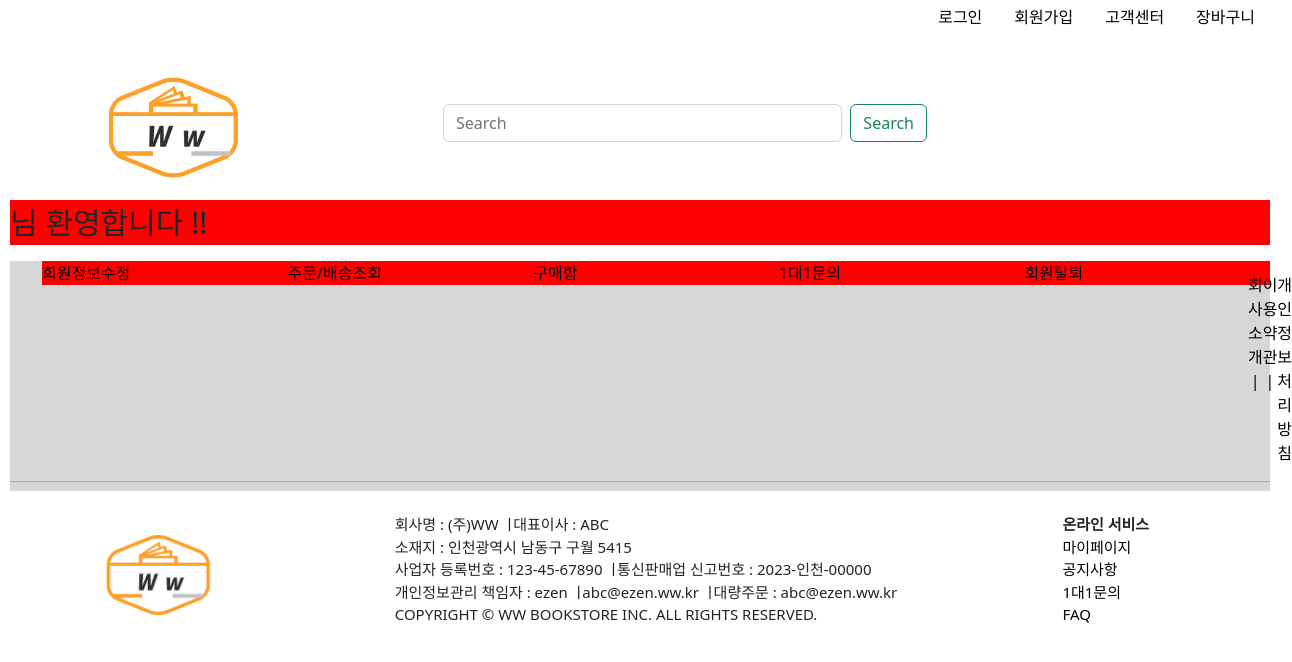
Repository: leehyeonung/project6
Page: http://localhost/book/WEB-INF/views/member/mypage.jsp
These files come from the project's save history. The page is drawn as it stood at one moment and after a run of saves; the edit follows.
The browser window is 1280 px wide. The page is 1292 px wide, then 1280 px, then 1292 px, so the pictures cover 1292 px, including what lies to the right of the window. The pictures show the whole page.
The page is served by Tomcat 9. Nobody is signed in. Other server files are loaded and not shown. The template is opened directly, without the code that normally fills it, so the values that code supplies are empty.

Above is the page before, as saved 2023-01-06 02:45:06.

### book/src/main/webapp/WEB-INF/views/member/mypage.jsp
<%@ page language="java" contentType="text/html; charset=UTF-8"
    pageEncoding="UTF-8"%>
<!DOCTYPE html>
<html>
<head>
<meta charset="UTF-8">
<title>Insert title here</title>
<link rel="stylesheet" type="text/css" href="/resources/css/mypage.css">
</head>
<body>
<jsp:include page="../layout/header.jsp"></jsp:include>
<div class="main">

<div class="information">

<div class="id">
${ses.mem_id}님 환영합니다 !!
</div>

<div class="cell">
${ses.mem_cell_num}
</div>

</div>

<div class="select">
<ul>
	<li><a href="/mem/modify" class="category">회원정보수정</a></li>
	<li><a href="/mem/orderCheck?mem_num=${ses.mem_num}" class="category">주문/배송조회</a></li>
	<li><a href="/mem/buyCheck?mem_num=${ses.mem_num}" class="category">구매함</a></li>
	<li><a href="/board/list" class="category">1대1문의</a></li>
	<li><a href="/mem/delete" class="category">회원탈퇴</a></li>
</ul>
</div>

</div>

<jsp:include page="../layout/footer.jsp"></jsp:include>
</body>
</html>

### book/src/main/webapp/WEB-INF/views/layout/header.jsp
<%@ page language="java" contentType="text/html; charset=UTF-8"
    pageEncoding="UTF-8"%>
<%@ taglib uri="http://java.sun.com/jsp/jstl/core" prefix="c"%>
<!DOCTYPE html>
<html>
<head>
<meta charset="UTF-8">
<title>Insert title here</title>
<!-- CSS only -->
<link href="https://cdn.jsdelivr.net/npm/bootstrap@5.2.2/dist/css/bootstrap.min.css"
rel="stylesheet" integrity="sha384-Zenh87qX5JnK2Jl0vWa8Ck2rdkQ2Bzep5IDxbcnCeuOxjzrPF/et3URy9Bv1WTRi"
crossorigin="anonymous">
<link rel="stylesheet" type="text/css" href="/resources/css/header.css">
</head>
<body>

<div class="header">
    <div class="menu">
        <c:if test="${ses.mem_id ==null}">
        <ul><a href="/mem/loginPage">로그인</a></ul>
        <ul><a href="/mem/joinPage">회원가입</a></ul>
        </c:if>
        <c:if test="${ses.mem_id == 'admin' }">
        <ul><a href="/mem/logOut">로그아웃</a></ul>
        <ul><a href="/mem/adminpage">관리인페이지</a></ul>
        </c:if>
        <c:if test="${ses.mem_id !=null && ses.mem_id !='admin' }">
        <ul><a href="/mem/logOut">로그아웃</a></ul>
        <ul><a href="/mem/mypage">마이페이지</a></ul>
        </c:if>
        <ul><a href="#">고객센터</a></ul>
        <ul><a href="#">장바구니</a></ul>
    </div>
    <div class="bar">
       <div class="logo">
         <a href="/"><img src="/resources/image/logo.jpg" alt="로고"></a>
       </div>
         <div class="searchBar">
            <form class="d-flex" role="search">
                 <input class="form-control me-2" type="search" placeholder="Search" aria-label="Search">
                 <button class="btn btn-outline-success" type="submit">Search</button>
              </form>
         </div>
       <div class="icons">
         <a href=""><i class="fa-solid fa-cart-shopping"></i></a>
            <a href=""><i class="fa-solid fa-user"></i></a>
       </div>
    </div>
</div>
</body>
</html>

### book/src/main/webapp/WEB-INF/views/layout/footer.jsp
<%@ page language="java" contentType="text/html; charset=UTF-8"
   pageEncoding="UTF-8"%>
<!DOCTYPE html>
<html>
<head>
<meta charset="UTF-8">
<title>Insert title here</title>
<link rel="stylesheet" type="text/css" href="/resources/css/footer.css">

</head>

<body>
   <div class="footer">
      <div class="footer-top">
         <ul>
            <li><a href="">회사소개 | </a></li>
            <li><a href="">이용약관 | </a></li>
            <li><a href="">개인정보처리방침</a></li>
         </ul>
      </div>
      <hr>
      <div class="address">
         <div class="footer-logo">
            <img src="/resources/image/logo.jpg" alt="로고">
         </div>
         <div class="address-box">
            <ul>
               <li>회사명 : (주)WW <span style="margin-right: -7px;">ㅣ</span>
                  대표이사 : ABC
               </li>

               <li>소재지 : 인천광역시 남동구 구월 5415</li>
               <li>사업자 등록번호 : 123-45-67890 <span style="margin-right: -7px;">ㅣ</span>
                  통신판매업 신고번호 : 2023-인천-00000
               </li>

               <li>개인정보관리 책임자 : ezen <span style="margin-right: -7px;">ㅣ</span>
                  abc@ezen.ww.kr <span style="margin-right: -7px;">ㅣ</span> 대량주문 :
                  abc@ezen.ww.kr
               </li>

               <li>COPYRIGHT © WW BOOKSTORE INC. ALL RIGHTS RESERVED.</li>

            </ul>

         </div>
         <div class="online-serviceBar">
            <strong>온라인 서비스</strong>
            <ul>
               <li><a href="">마이페이지</a></li>
               <li><a href="">공지사항</a></li>
               <li><a href="">1대1문의</a></li>
               <li><a href="">FAQ</a></li>
            </ul>
         </div>
      </div>
   </div>

</body>
</html>

### book/src/main/webapp/resources/css/mypage.css
@charset "UTF-8";
*{
	margin: 0 auto;
	padding: 0px;

}
.main{
    margin: auto;
    width: 1260px;
    background-color: gray;


}
.id{
    font-size: 30px;
}
.information{
	background-color : red;
}
.select>ul>li>.category{
    display: inline-block;
	float : left;
	width : 20%;
    background-color: red;
}

### book/src/main/webapp/resources/css/header.css
@charset "UTF-8";
*{
	margin: 0px;
	padding: 0px;
}
.header{
    width: 1260px;
    height: 200px;
   /*  background-color: pink; */
}
.menu{
   display: flex;
   justify-content: flex-end;
   padding:5px;

}
.logo{
    width: 150px;
    height: 150px;
    background-color: blue;
}
.logo>a>img{
    width: 150px;
    height: 150px;
}
.searchBar{
   /* position:absolute; */
    width: 484px;
    height: 42px;
    /* background-color: gold; */
    margin-top:54px;
    border-radius: 30px;

}
.bar{

   height: 150px;
   display: flex;
   flex-direction: row;
   flex-wrap:nowrap;
   justify-content:space-around;
/*    align-items: baseline; */


}
i{
    font-size: 42px;
    color: black;
    margin-top:54px;
    margin-right: 20px;
}

### book/src/main/webapp/resources/css/footer.css
@charset "UTF-8";
.footer {
   width: 1260px;
   height: 230px;
   background-color: rgba(175, 175, 175, 0.5);
   margin: 0 auto;
}

.footer-logo {

   width: 120px;
   height: 120px;
   background-color: beige;
}
.footer-logo>img{
   width: 120px;
   height: 120px;
}

.address-box {
   text-align: left;
   padding: 0;
   margin: 0;
}

.address {
   padding: 15px;
   height: 150px;
   display: flex;
   font-size: 15px;
   /* align-items: baseline; */
   flex-direction: row;
   flex-wrap: nowrap;
   justify-content: space-around;
}

ul {
   list-style: none;
}

.footer, .address li {

}

.footer-top {
   text-align: center;
   padding-top: 12px;
}

.footer-top>ul {
   margin: 0;
   padding: 0;
   display: flex;
   justify-content: center;
}

.footer-top>li {
   margin: 0;
   padding: 0;
}

a {
   text-decoration-line: none;
   color: black;
}

a:visited {
   text-decoration: none;
}

a:hover {
   text-decoration: none;
}

a:focus {
   text-decoration: none;
}

a:hover, a:active {
   text-decoration: none;
}

.online-serviceBar {
   padding: 0px;
   margin-left: 20px;
   width: 120px;
   height: 120px;
}

.online-serviceBar>ul {
   margin: 0px;
   padding: 0px;
}

After the next 2 saves:
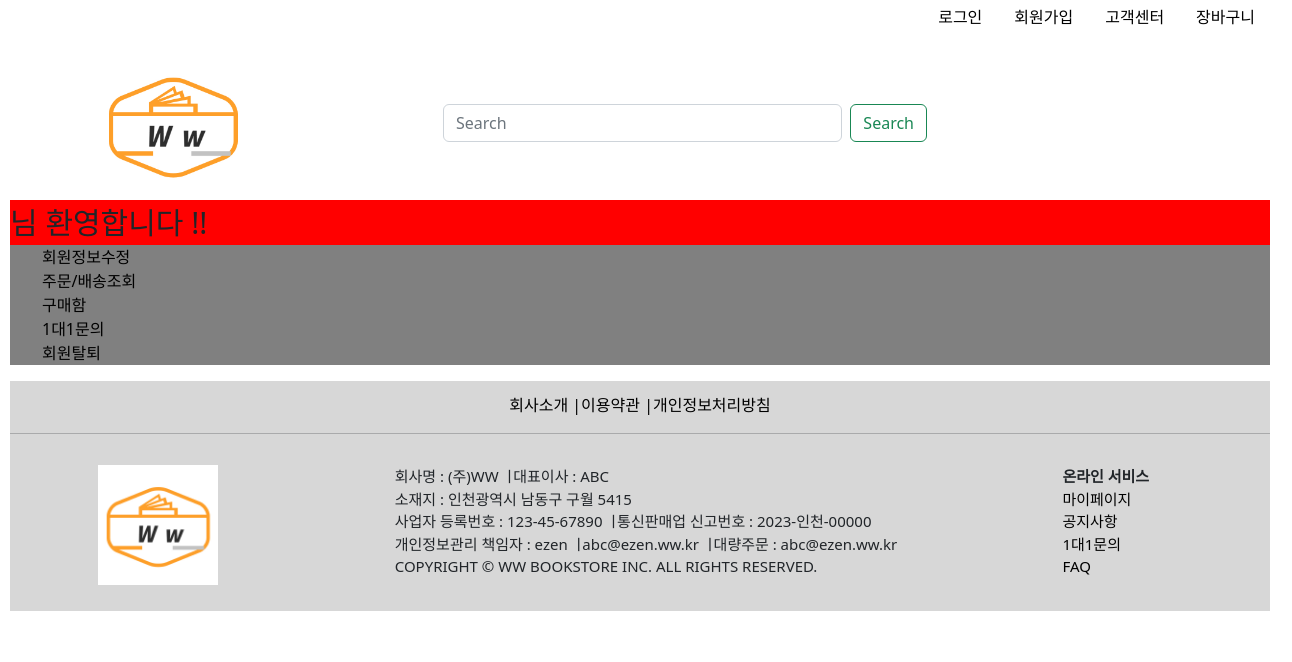
The 2 saves are shown as one change because they came seconds apart.
The last was saved 89 s later.
--- a/book/src/main/webapp/resources/css/mypage.css
+++ b/book/src/main/webapp/resources/css/mypage.css
@@ -17,7 +17,7 @@
 .information{
 	background-color : red;
 }
-.select>ul>li>.category{
+.select >.category{
     display: inline-block;
 	float : left;
 	width : 20%;

After the save that followed:
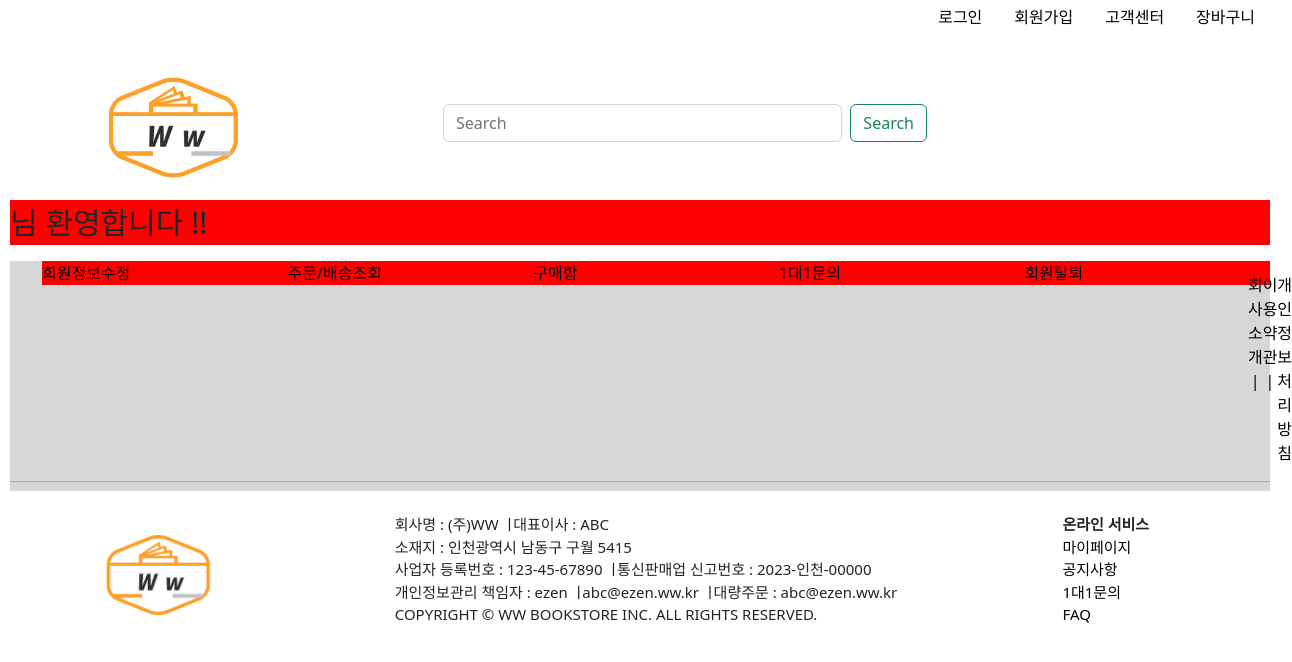
Saved 9 s later.
--- a/book/src/main/webapp/resources/css/mypage.css
+++ b/book/src/main/webapp/resources/css/mypage.css
@@ -17,7 +17,7 @@
 .information{
 	background-color : red;
 }
-.select >.category{
+.select>ul>li>.category{
     display: inline-block;
 	float : left;
 	width : 20%;
